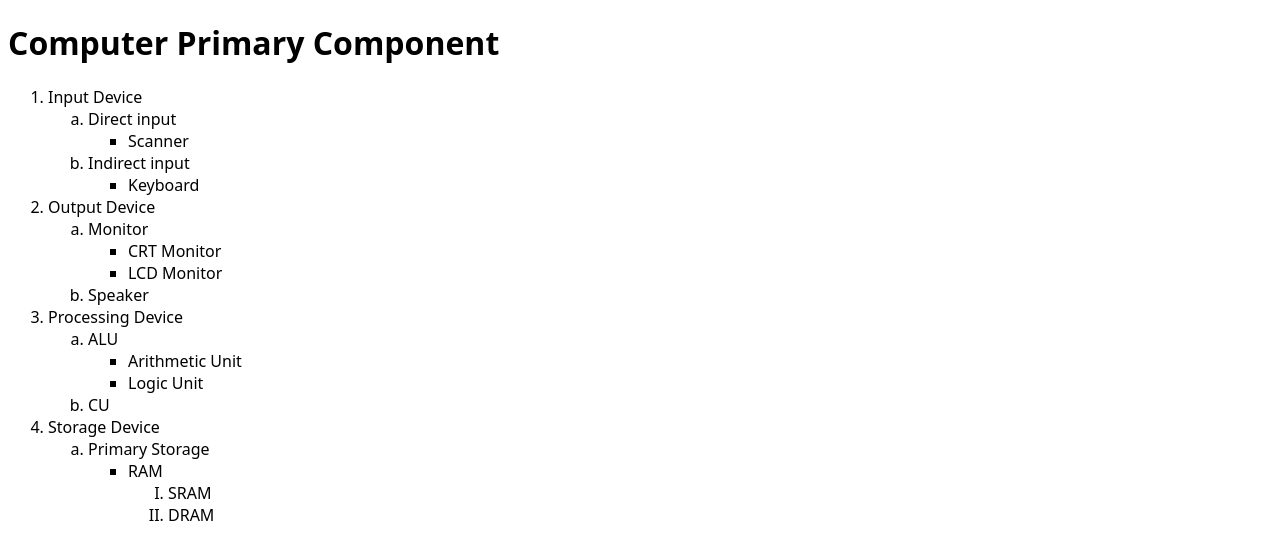
Repository: SharonSebastian32/Nested_List_in_html
Page: index.html
These files come from the project's save history. The page is drawn as it stood at one moment and after a run of saves; the edit follows.
The browser window is 1280 px wide. The pictures show the whole page.

Above is the page before, as saved 2024-09-01 07:45:51.

### index.html
<!DOCTYPE html>
<html lang="en">
  <head>
    <meta charset="UTF-8" />
    <meta name="viewport" content="width=device-width, initial-scale=1.0" />
    <title>Document</title>
    <link rel="stylesheet" href="./Styles/Styles.css" />
  </head>
  <body>
    <div style="display: ;">
        <h1>Computer Primary Component</h1>
    <ol>
      <li>Input Device</li>
      <ol type="a">
        <li>Direct input</li>
        <ul style="list-style-type: square">
          <li>Scanner</li>
        </ul>
        <li>Indirect input</li>
        <ul>
          <li>Keyboard</li>
        </ul>
      </ol>
      <li>Output Device</li>
      <ol type="a">
        <li>Monitor</li>
        <ul>
          <li>CRT Monitor</li>
          <li>LCD Monitor</li>
        </ul>
        <li>Speaker</li>
      </ol>
      <li>Processing Device</li>
      <ol type="a">
        <li>ALU</li>
        <ul>
          <li>Arithmetic Unit</li>
          <li>Logic Unit</li>
        </ul>
        <ul></ul>
        <li>CU</li>
      </ol>
      <li>Storage Device</li>
      <ol type="a">
        <li>Primary Storage</li>
        <ul>
          <li>RAM</li>
          <ol type="I">
            <li>SRAM</li>
            <li>DRAM</li>
          </ol>
        </ul>
      </ol>
    </ol>
    </div>

  </body>
</html>

### Styles/Styles.css
*{
    font-family: system-ui, -apple-system, BlinkMacSystemFont, 'Segoe UI', Roboto, Oxygen, Ubuntu, Cantarell, 'Open Sans', 'Helvetica Neue', sans-serif;

}

After the next 4 saves:
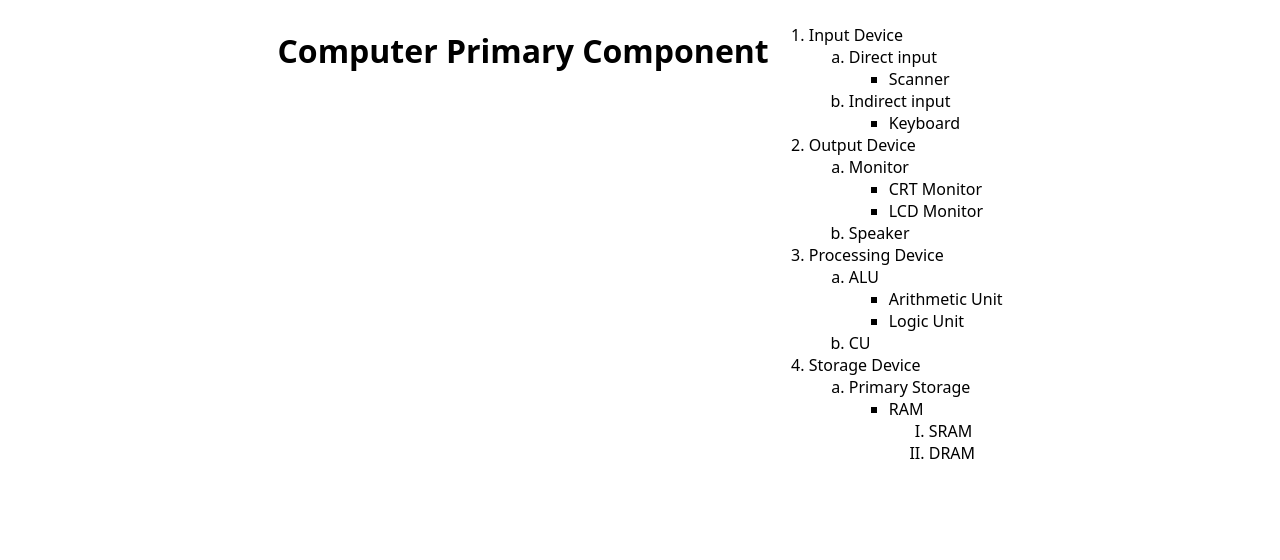
The 4 saves are shown as one change because they came seconds apart.
The last was saved 12 s later.
--- a/index.html
+++ b/index.html
@@ -7,7 +7,7 @@
     <link rel="stylesheet" href="./Styles/Styles.css" />
   </head>
   <body>
-    <div style="display: ;">
+    <div style="display: flex;justify-content: center;">
         <h1>Computer Primary Component</h1>
     <ol>
       <li>Input Device</li>
